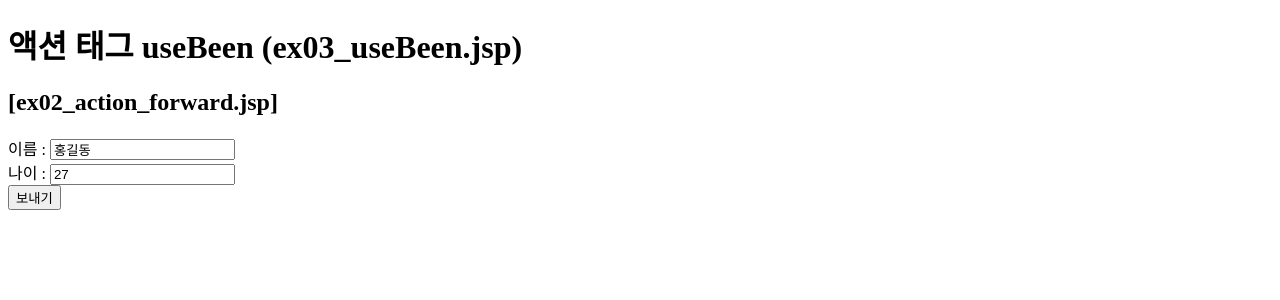
Repository: SeYoung1012/Bitcamp
Page: http://localhost/06_actiontag/ex03_useBeen.jsp
These files come from the project's save history. The page is drawn as it stood at one moment and after the next save; the edit follows.
The browser window is 1280 px wide. The pictures show the whole page.
The page is served by Tomcat 9. Other server files are loaded and not shown.

Above is the page before, as saved 2021-09-29 03:37:01.

### 60_web/06_actiontag/WebContent/ex03_useBeen.jsp
<%@ page language="java" contentType="text/html; charset=UTF-8"
    pageEncoding="UTF-8"%>
<!DOCTYPE html>
<html>
<head>
<meta charset="UTF-8">
<title>액션 태그 useBeen</title>
</head>
<body>
	<h1> 액션 태그 useBeen (ex03_useBeen.jsp) </h1>
	<h2> [ex02_action_forward.jsp]</h2>
	<form action = "ex02_first.jsp">
		이름 : <input type = "text" name = "name" value = "홍길동"><br>
		나이 : <input type = "text" name = "age" value = "27"><br>
		<input type = "submit" value = "보내기">
	</form>
</body>
</html>

After the next save:
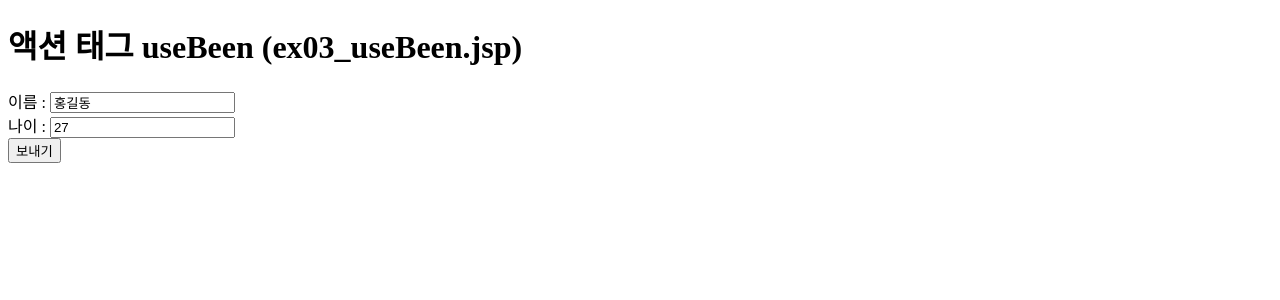
Saved 34 s later.
--- a/60_web/06_actiontag/WebContent/ex03_useBeen.jsp
+++ b/60_web/06_actiontag/WebContent/ex03_useBeen.jsp
@@ -8,8 +8,7 @@
 </head>
 <body>
 	<h1> 액션 태그 useBeen (ex03_useBeen.jsp) </h1>
-	<h2> [ex02_action_forward.jsp]</h2>
-	<form action = "ex02_first.jsp">
+	<form action = "ex03_useBeenProc.jsp">
 		이름 : <input type = "text" name = "name" value = "홍길동"><br>
 		나이 : <input type = "text" name = "age" value = "27"><br>
 		<input type = "submit" value = "보내기">
